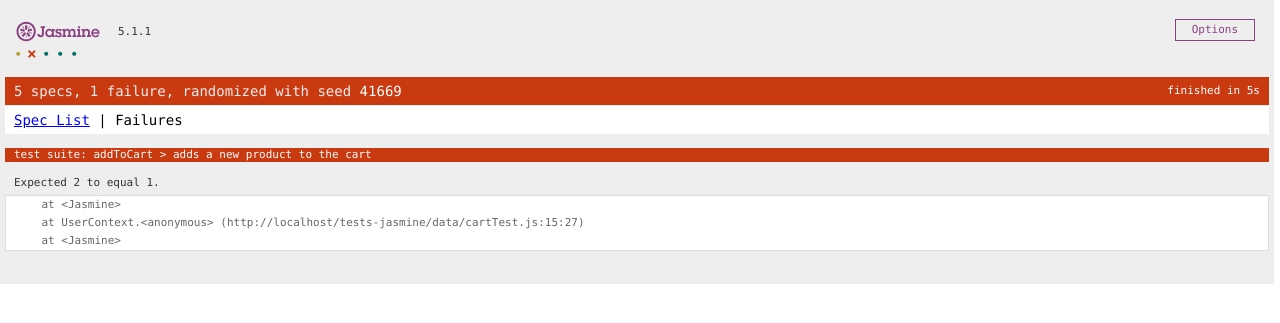
Repository: Jpr-2311/Amazon_Clone
Page: tests-jasmine/tests.html
These files come from the project's save history. The page is drawn as it stood at one moment and after a run of saves; the edit follows.
The browser window is 1280 px wide. The pictures show the whole page.

Above is the page before, as saved 2025-06-19 11:14:54.

After the next 3 saves:
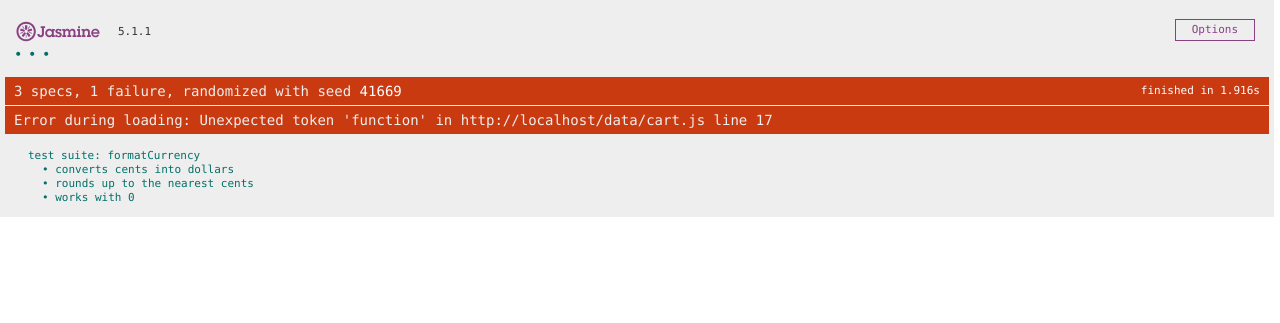
Console error: SyntaxError: Unexpected token 'function'
The 3 saves are shown as one change because they came seconds apart.
The last was saved 16 s later.
--- a/data/cart.js
+++ b/data/cart.js
@@ -12,7 +12,7 @@
   }];
 }
 
-
+  function loadFromStorage
 
 function saveToStorage() {
   localStorage.setItem('cart', JSON.stringify(cart));

After the 2 saves that followed:
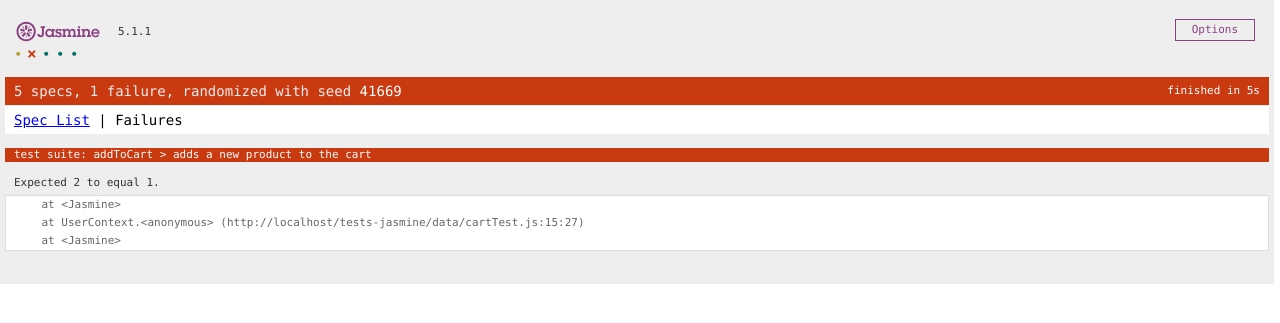
The error is gone.
The 2 saves are shown as one change because they came seconds apart.
The last was saved 9 s later.
--- a/data/cart.js
+++ b/data/cart.js
@@ -12,7 +12,9 @@
   }];
 }
 
-  function loadFromStorage
+  function loadFromStorage(){
+
+  }
 
 function saveToStorage() {
   localStorage.setItem('cart', JSON.stringify(cart));
